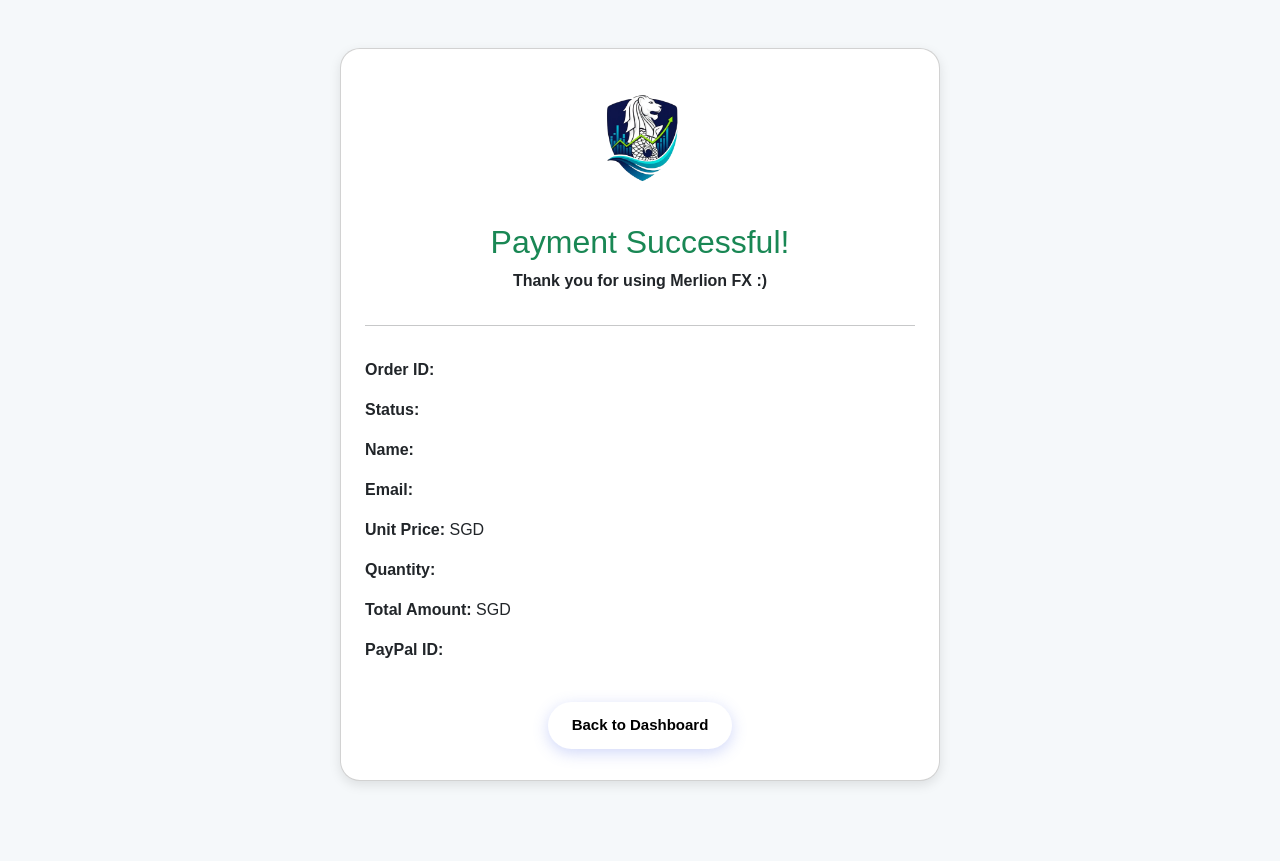
Repository: MayThetNaingBo/MerlionFX-app
Page: templates/order_result.html
An editor plug-in stored every save of this project. The page is shown before and after the next save, followed by the edit.
The browser window is 1280 px wide. The pictures show the whole page.
The page is served by the project's application, run on Flask 3 (app.py). The template is opened directly, without the code that normally fills it, so the values that code supplies are empty.

Above is the page before, as saved 2025-08-08 04:45:52.

### templates/order_result.html
<!DOCTYPE html>
<html lang="en">
<head>
  <meta charset="UTF-8">
  <title>Payment Success - Merlion FX</title>
  <link href="https://cdn.jsdelivr.net/npm/bootstrap@5.3.2/dist/css/bootstrap.min.css" rel="stylesheet">
  <style>
    body {
      background-color: #f5f8fa;
      font-family: Arial, sans-serif;
    }
    .success-card {
  margin-top: 80px;
  margin-bottom: 80px; /* ✅ Add this line */
  border-radius: 20px;
  box-shadow: 0 4px 12px rgba(0,0,0,0.1);
}

    .success-icon {
      font-size: 3rem;
      color: #28a745;
    }
    .logo-img {
  max-height: 150px;
  object-fit: contain;
  margin-bottom: 0px;
}
.success-heading {
  margin-top: 0;  /* 🔧 reduce space above "Payment Successful!" */
}


            .custom-gradient-button {
  font-size: 15px;
  padding: 12px 24px;
  background: white;
  border: none;
  border-radius: 50px;
  cursor: pointer;
  color: black;
  font-weight: 600;
  transition: all 0.3s ease;
  box-shadow: 0 4px 15px rgba(102, 126, 234, 0.3);
  position: relative;
  overflow: hidden;
  text-decoration: none;
  display: inline-block;
}

.custom-gradient-button::before {
  content: '';
  position: absolute;
  top: 0;
  left: -100%;
  width: 100%;
  height: 100%;
  background: linear-gradient(90deg, transparent, rgba(255, 255, 255, 0.2), transparent);
  transition: left 0.5s;
}

.custom-gradient-button:hover::before {
  left: 100%;
}

.custom-gradient-button:hover {
  background: linear-gradient(135deg, #667eea 0%, #764ba2 100%);
  color: white;
  transform: translateY(-2px);
  box-shadow: 0 8px 25px rgba(102, 126, 234, 0.5);
}

  </style>
</head>
<body>
  <div class="container">
    <div class="card success-card p-4 mx-auto mt-5" style="max-width: 600px;">
      <div class="text-center">
        <img src="../static/images/Merlion.png" alt="Merlion FX Logo" class="logo-img">

        <h2 class="text-success">Payment Successful!</h2>
        <p><strong>Thank you for using Merlion FX :)</strong></p>
      </div>
      <hr>
      <div class="mt-3">
        <p><strong>Order ID:</strong> {{ fOrderID }}</p>
        <p><strong>Status:</strong> {{ fStatus }}</p>
        <p><strong>Name:</strong> {{ fName }} {{ fSurname }}</p>
        <p><strong>Email:</strong> {{ fEmail }}</p>
        <p><strong>Unit Price:</strong> SGD {{ fUnitPrice }}</p>
        <p><strong>Quantity:</strong> {{ fQuantity }}</p>
        <p><strong>Total Amount:</strong> SGD {{ fAmount }}</p>
        <p><strong>PayPal ID:</strong> {{ fPayPalID }}</p>
      </div>
      <div class="text-center mt-4">
        <a href="/services" class="custom-gradient-button">Back to Dashboard</a>
      </div>
    </div>
  </div>
</body>
</html>

### app.py
from flask import Flask, render_template, request, redirect, session, url_for, jsonify
from requests_oauthlib import OAuth2Session
from requests.auth import HTTPBasicAuth
import json
import requests
from datetime import datetime, timedelta
from random import randint
from decimal import Decimal, ROUND_HALF_UP
import numpy as np
from dotenv import load_dotenv
import os
from sklearn.linear_model import LinearRegression


app = Flask(__name__)
load_dotenv()

app.secret_key = os.getenv("FLASK_SECRET_KEY")
client_id = os.getenv("PAYPAL_CLIENT_ID")
client_secret = os.getenv("PAYPAL_CLIENT_SECRET")
polygon_key = os.getenv("POLYGON_API_KEY")
gnews_api_key = os.getenv("GNEWS_API_KEY")

authorization_base_url = 'https://www.sandbox.paypal.com/signin/authorize?flowEntry=static'
token_url = 'https://api-m.sandbox.paypal.com/v1/oauth2/token'
redirect_uri = 'http://127.0.0.1:5000/callback'
# Utilities
# Get Polygon FX
def get_polygon_fx_pairs():
    base_url = f"https://api.polygon.io/v3/reference/tickers?market=fx&active=true&limit=1000&apiKey={polygon_key}"
    fx_pairs = []
    try:
        url = base_url
        while url:
            res = requests.get(url)
            data = res.json()

            # Check if response contains results
            if "results" not in data:
                print("Polygon API error or no results:", data)
                break

            for t in data.get("results", []):
                if t["ticker"].startswith("C:"):
                    fx_pairs.append(t["ticker"].replace("C:", ""))

            url = data.get("next_url")
            if url:
                url += f"&apiKey={polygon_key}"

        # Fallback if no pairs fetched
        if not fx_pairs:
            fx_pairs = ["EURSGD", "USDSGD", "AUDSGD", "JPYSGD"]
            print("Using fallback FX pairs:", fx_pairs)

        return sorted(fx_pairs)

    except Exception as e:
        print("Polygon pair error:", e)
        return ["EURSGD", "USDSGD", "AUDSGD", "JPYSGD"]


# Get FX Rate
def get_fx_rate(from_ccy, to_ccy):
    url = f"https://api.polygon.io/v2/aggs/ticker/C:{from_ccy}{to_ccy}/prev?adjusted=true&apiKey={polygon_key}"
    try:
        res = requests.get(url).json()
        return res["results"][0]["c"]
    except Exception as e:
        print("FX rate error:", e)
        return None

# ROUTES
@app.route('/')
def home():
    return render_template("index.html")

# Login
@app.route('/login')
def login():
    try:
        paypal = OAuth2Session(client_id, redirect_uri=redirect_uri,
            scope='openid profile email address https://uri.paypal.com/services/paypalattributes')
        url, state = paypal.authorization_url(authorization_base_url)
        session['oauth_state'] = state
        return redirect(url)
    except Exception as e:
        return str(e)


@app.route("/callback")
def callback():
    try:
        paypal = OAuth2Session(client_id, state=session['oauth_state'])
        code = request.args.get('code')
        auth = HTTPBasicAuth(client_id, client_secret)
        body = f'grant_type=authorization_code&code={code}&redirect_uri={redirect_uri}&client_id={client_id}'
        token = paypal.fetch_token(token_url, auth=auth, code=code, body=body, method='POST')
        session['oauth_token'] = token
        return redirect(url_for('services'))
    except Exception as e:
        return str(e)


# Services
@app.route("/services")
def services():
    try:
        token = session['oauth_token']
        headers = {
            'Authorization': "Bearer " + token["access_token"]
        }

        user = requests.get("https://api-m.sandbox.paypal.com/v1/identity/openidconnect/userinfo?schema=openid", headers=headers).json()
        balance = requests.get("https://api-m.sandbox.paypal.com/v1/reporting/balances", headers=headers).json()

        session['paypal_customer'] = user
        session['paypal_customer_balance'] = balance
        currency = balance["balances"][0]["total_balance"]["currency_code"]
        value = balance["balances"][0]["total_balance"]["value"]

        return render_template("services.html", fName=user["name"], fEmail=user["email"],
                       fPayerID=user["payer_id"], fCCY=currency, fBalance=value,
                       fxPairs=get_polygon_fx_pairs())

    except Exception as e:
        return str(e)

# Create Order
@app.route("/create_order")
def create_order():
    try:
        customer = session['paypal_customer']
        balance = session['paypal_customer_balance']
        all_pairs = get_polygon_fx_pairs()
        default = "EURSGD" if "EURSGD" in all_pairs else all_pairs[0]
        fx_rate = get_fx_rate(default[:3], default[3:])
        invoice = datetime.now().strftime("%Y%m%d%H%M%S") + str(randint(100, 999))

        return render_template("create_order.html", fName=customer["name"], fEmail=customer["email"],
                               fPayerID=customer["payer_id"], fCCY=balance["balances"][0]["total_balance"]["currency_code"],
                               fBalance=balance["balances"][0]["total_balance"]["value"], finvoiceID=invoice,
                               fxPairs=all_pairs, defaultPair=default, defaultRate=fx_rate)
    except Exception as e:
        return str(e)


@app.route("/get_fx_rate")
def get_fx_rate_route():
    pair = request.args.get("pair", "")
    try:
        rate = get_fx_rate(pair[:3], pair[3:])
        return {"rate": rate}
    except:
        return {"error": "Invalid pair"}, 400

# Order Processing
@app.route("/process_order", methods=["POST"])
def process_order():
    try:
        token = session['oauth_token']
        email = request.form['customerEmailAdd']
        itemName = request.form['itemName']
        invoiceID = request.form['invoiceID']
        unit = Decimal(request.form['itemUnitAmount']).quantize(Decimal("0.01"), rounding=ROUND_HALF_UP)
        qty = int(request.form['itemQuantity'])
        desc = request.form['itemDescription']
        total = (unit * qty).quantize(Decimal("0.01"), rounding=ROUND_HALF_UP)

        session["fx_unit_price"] = str(unit)
        session["fx_quantity"] = qty
        session["fx_total"] = str(total)

        payload = {
            "intent": "CAPTURE",
            "payment_source": {
                "paypal": {
                    "experience_context": {
                        "return_url": "http://127.0.0.1:5000/capture_payment",
                        "cancel_url": "https://example.com/cancel"
                    }
                }
            },
            "purchase_units": [{
                "invoice_id": invoiceID,
                "amount": {
                    "currency_code": "SGD",
                    "value": str(total),
                    "breakdown": {
                        "item_total": {
                            "currency_code": "SGD",
                            "value": str(total)
                        }
                    }
                },
                "items": [{
                    "name": itemName,
                    "description": desc,
                    "unit_amount": {
                        "currency_code": "SGD",
                        "value": str(unit)
                    },
                    "quantity": str(qty),
                    "category": "DIGITAL_GOODS"
                }]
            }]
        }

        headers = {'Authorization': "Bearer " + token["access_token"], 'Content-Type': 'application/json'}
        response = requests.post("https://api-m.sandbox.paypal.com/v2/checkout/orders", headers=headers, json=payload).json()
        for link in response["links"]:
            if link["rel"] in ["approve", "payer-action"]:
                return redirect(link["href"])
        return str(response)
    except Exception as e:
        return str(e)

@app.route("/capture_payment")
def capture_payment():
    try:
        token = session['oauth_token']
        orderID = request.args.get("token")
        payerID = request.args.get("PayerID")
        headers = {
            'Content-Type': 'application/json',
            'Authorization': "Bearer " + token["access_token"]
        }
        url = f"https://api-m.sandbox.paypal.com/v2/checkout/orders/{orderID}/capture"
        response = requests.post(url, headers=headers)
        order = response.json()


        print("PayPal capture response:", json.dumps(order, indent=2))


        if "id" not in order or "status" not in order:
            return f"<h3>Capture failed</h3><pre>{json.dumps(order, indent=2)}</pre>"

        info = order.get("payer", {}).get("name", {})
        return render_template("order_result.html",
                               fOrderID=order["id"],
                               fStatus=order["status"],
                               fName=info.get("given_name", ""),
                               fSurname=info.get("surname", ""),
                               fEmail=order.get("payer", {}).get("email_address", ""),
                               fAmount=session.get("fx_total"),
                               fPayPalID=payerID,
                               fUnitPrice=session.get("fx_unit_price"),
                               fQuantity=session.get("fx_quantity"))
    except Exception as e:
        return f"<h3>Error during capture</h3><pre>{str(e)}</pre>"

# FX Rate Chart
@app.route("/chart")
def chart():
    fx_pairs = get_polygon_fx_pairs()
    return render_template("chart.html", fxPairs=fx_pairs)

# Chart Data
@app.route("/api/chart_data")
def chart_data():
    pair = request.args.get("pair", "EURSGD").upper()
    days = int(request.args.get("range", 30))

    end = datetime.today().strftime("%Y-%m-%d")
    start = (datetime.today() - timedelta(days=days)).strftime("%Y-%m-%d")

    url = (
        f"https://api.polygon.io/v2/aggs/ticker/C:{pair}/range/1/day/"
        f"{start}/{end}?adjusted=true&sort=asc&limit={days}&apiKey={polygon_key}"
    )

    try:
        res = requests.get(url).json()


        results = res.get("results", [])
        if not results:
            return {"dates": [], "prices": []}

        dates = [datetime.fromtimestamp(d["t"] / 1000).strftime('%Y-%m-%d') for d in results]
        prices = [d["c"] for d in results]

        return {"dates": dates, "prices": prices}
    except Exception as e:
        print("Error loading chart data:", e)
        return {"dates": [], "prices": []}


def get_cbm_supported_currencies():
    try:
        data = requests.get("https://forex.cbm.gov.mm/api/latest").json()
        return sorted(data["rates"].keys())
    except:
        return []

# Get the exchange rate for one currency
def fetch_cbm_rate(currency):
    try:
        data = requests.get("https://forex.cbm.gov.mm/api/latest").json()
        return data["rates"].get(currency)
    except:
        return None

# Show CBM rate form with dropdown and default SGD rate
@app.route("/cbm", methods=["GET", "POST"])
def cbm():
    cbm_data = requests.get("https://forex.cbm.gov.mm/api/latest").json()
    rates = cbm_data["rates"]
    default_currency = "SGD"
    default_rate = rates.get(default_currency)
    return render_template("cbm.html", all_rates=rates, default_currency=default_currency, default_rate=default_rate)

# Live CBM rate endpoint (for any currency)
@app.route("/get_cbm_rate")
def get_cbm_rate_api():
    currency = request.args.get("currency", "SGD")

    try:
        data = requests.get("https://forex.cbm.gov.mm/api/latest").json()
        rates = data["rates"]
        if currency not in rates:
            return {"error": "Invalid currency code."}, 400
        return {"currency": currency, "rate": rates[currency]}
    except Exception as e:
        return {"error": str(e)}, 500

# MMK Purchasing
@app.route("/process_cbm_order", methods=["POST"])
def process_cbm_order():
    try:
        token = session['oauth_token']
        currency = request.form["currency"]  # Always "SGD"
        mmk_amount = request.form["mmkAmount"]
        rate_str = request.form["rate"]

        # Convert MMK → SGD using CBM rate
        cbm_rate = Decimal(rate_str.replace(",", ""))
        mmk_value = Decimal(mmk_amount)
        sgd_total = (mmk_value / cbm_rate).quantize(Decimal("0.01"), rounding=ROUND_HALF_UP)

        invoiceID = datetime.now().strftime("%Y%m%d%H%M%S") + str(randint(100, 999))

        # Store summary for confirmation page
        session["fx_unit_price"] = str(sgd_total)
        session["fx_quantity"] = str(mmk_amount)  # Store actual MMK amount

        session["fx_total"] = str(sgd_total)

        payload = {
            "intent": "CAPTURE",
            "purchase_units": [{

                "invoice_id": invoiceID,
                "amount": {
                    "currency_code": "SGD",
                    "value": str(sgd_total),
                    "breakdown": {
                        "item_total": {
                            "currency_code": "SGD",
                            "value": str(sgd_total)
                        }
                    }
                },
                "items": [{
                    "name": f"CBM MMK Buy {currency}",
                    "description": f"{mmk_amount} MMK → {sgd_total} SGD",
                    "unit_amount": {
                        "currency_code": "SGD",
                        "value": str(sgd_total)
                    },
                    "quantity": str(mmk_amount),

                    "category": "DIGITAL_GOODS"
                }]
            }],
            "payment_source": {
                "paypal": {
                    "experience_context": {
                        "return_url": "http://127.0.0.1:5000/capture_payment",
                        "cancel_url": "https://example.com/cancel"
                    }
                }
            }
        }

        headers = {
            'Authorization': "Bearer " + token["access_token"],
            'Content-Type': 'application/json'
        }

        res = requests.post("https://api-m.sandbox.paypal.com/v2/checkout/orders",
                            headers=headers, data=json.dumps(payload))
        data = res.json()

        approval_url = next((link["href"] for link in data["links"] if link["rel"] in ["approve", "payer-action"]), None)
        if approval_url:
            return redirect(approval_url)
        else:
            return f"<h3>Failed to create PayPal order</h3><pre>{json.dumps(data, indent=2)}</pre>"

    except Exception as e:
        return f"<h3>Error processing CBM order</h3><pre>{e}</pre>"


# News
@app.route("/news")
def news_page():
    return render_template("news.html")


@app.route("/api/news")
def get_news():
    url = f"https://gnews.io/api/v4/search?q=forex&lang=en&token={gnews_api_key}"
    try:
        return requests.get(url).json()
    except Exception as e:
        return {"error": str(e)}

# Forecast
@app.route("/forecast")
def forecast_page():
    return render_template("forecast.html", fxPairs=get_polygon_fx_pairs())

@app.route("/api/forecast")
def get_forecast():
    pair = request.args.get("pair", "USD/SGD").replace("/", "")
    days = 30
    end = datetime.today().strftime("%Y-%m-%d")
    start = (datetime.today() - timedelta(days=days)).strftime("%Y-%m-%d")
    url = (
        f"https://api.polygon.io/v2/aggs/ticker/C:{pair}/range/1/day/"
        f"{start}/{end}?adjusted=true&sort=asc&limit={days}&apiKey={polygon_key}"
    )

    try:
        res = requests.get(url).json()


        results = res.get("results", [])
        if not results:
            return {"error": "No historical data available for this pair."}, 400

        close_prices = [p["c"] for p in results]
        X = np.arange(len(close_prices)).reshape(-1, 1)
        y = np.array(close_prices)
        model = LinearRegression().fit(X, y)
        tomorrow = len(close_prices)
        prediction = model.predict([[tomorrow]])
        return {
    "predicted_rate": round(prediction[0], 4),
    "last_known": round(close_prices[-1], 6)
}

    except Exception as e:
        return {"error": str(e)}, 500


if __name__ == "__main__":
    app.run(debug=True)

After the next save:
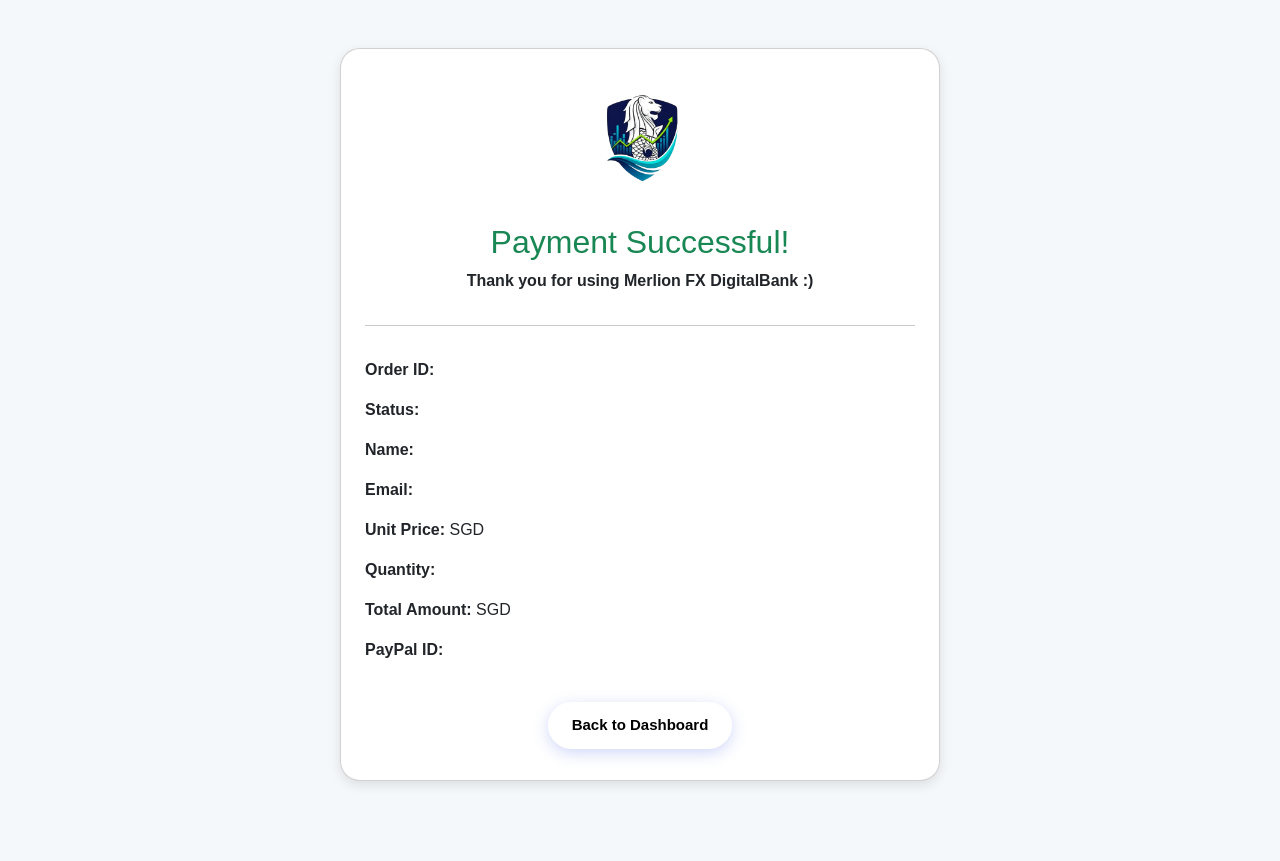
Saved 43 s later.
--- a/templates/order_result.html
+++ b/templates/order_result.html
@@ -78,7 +78,7 @@
         <img src="../static/images/Merlion.png" alt="Merlion FX Logo" class="logo-img">
 
         <h2 class="text-success">Payment Successful!</h2>
-        <p><strong>Thank you for using Merlion FX :)</strong></p>
+        <p><strong>Thank you for using Merlion FX DigitalBank :)</strong></p>
       </div>
       <hr>
       <div class="mt-3">
